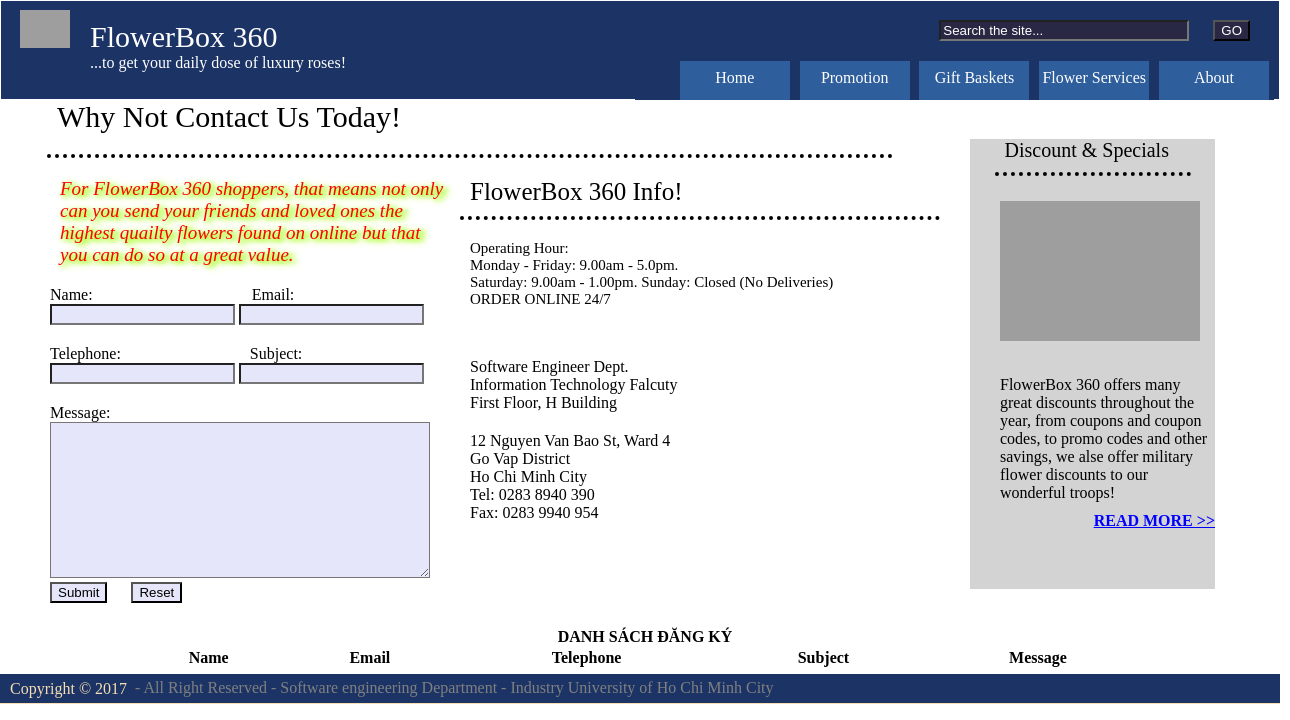
Repository: G1tHub-zer0/BTTH
Page: KT/index.html
These files come from the project's save history. The page is drawn as it stood at one moment and after the next save; the edit follows.
The browser window is 1280 px wide. The page is 1290 px wide, so the pictures cover 1290 px, including what lies to the right of the window. The pictures show the whole page.
Pictures or frames that could not be fetched are drawn as grey boxes.

Above is the page before, as saved 2024-04-12 14:29:17.

After the next save:
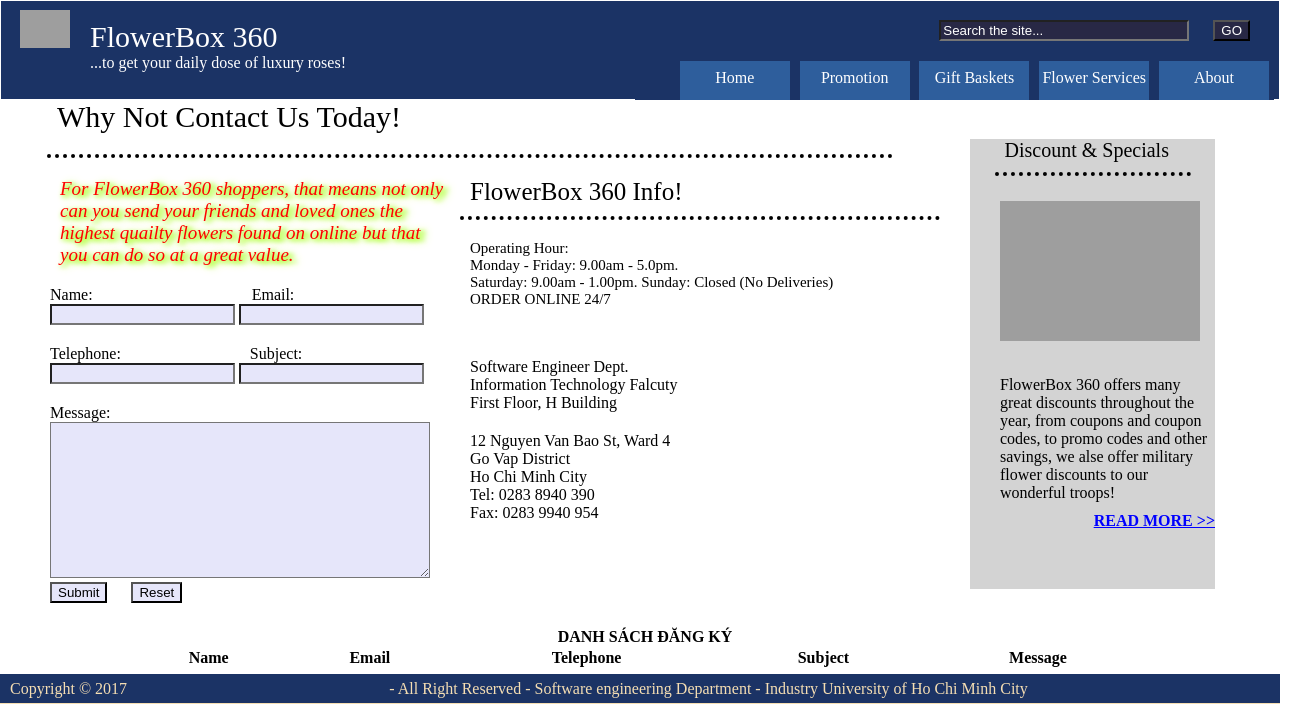
Saved 56 s later.
--- a/KT/app.css
+++ b/KT/app.css
@@ -220,24 +220,29 @@
 }
 
 .child-mn {
-  display: none;
-  position: absolute;
-  color: wheat;
-  left: 1310px;
-  margin-top: 21px;
-  margin-left: 10px;
-  z-index: 1;
-}
-.child-mn li {
-  width: 180px;
-  border-top: 2px blue solid;
-  height: 50px;
-}
-.fs:hover .child-mn {
-  display: block;
-}
-.child-mn li:hover {
-  background-color: rgb(27, 51, 101);
+    display: none;
+    position: absolute;
+    background-color: rgb(27, 51, 101);
+    color: wheat;
+    left: 0;
+    top: 100%;
+    margin-top: 0;
+    padding: 0;
+  }
+
+  .child-mn li {
+    width: 180px;
+    border-top: 2px blue solid;
+    height: 50px;
+  }
+
+  .fs:hover .child-mn {
+    display: block;
+  }
+
+  .child-mn li:hover {
+    background-color: rgb(27, 51, 101);
+  }-color: rgb(27, 51, 101);
 }
 .ar {
   margin-top: 5px;

After the save that followed:
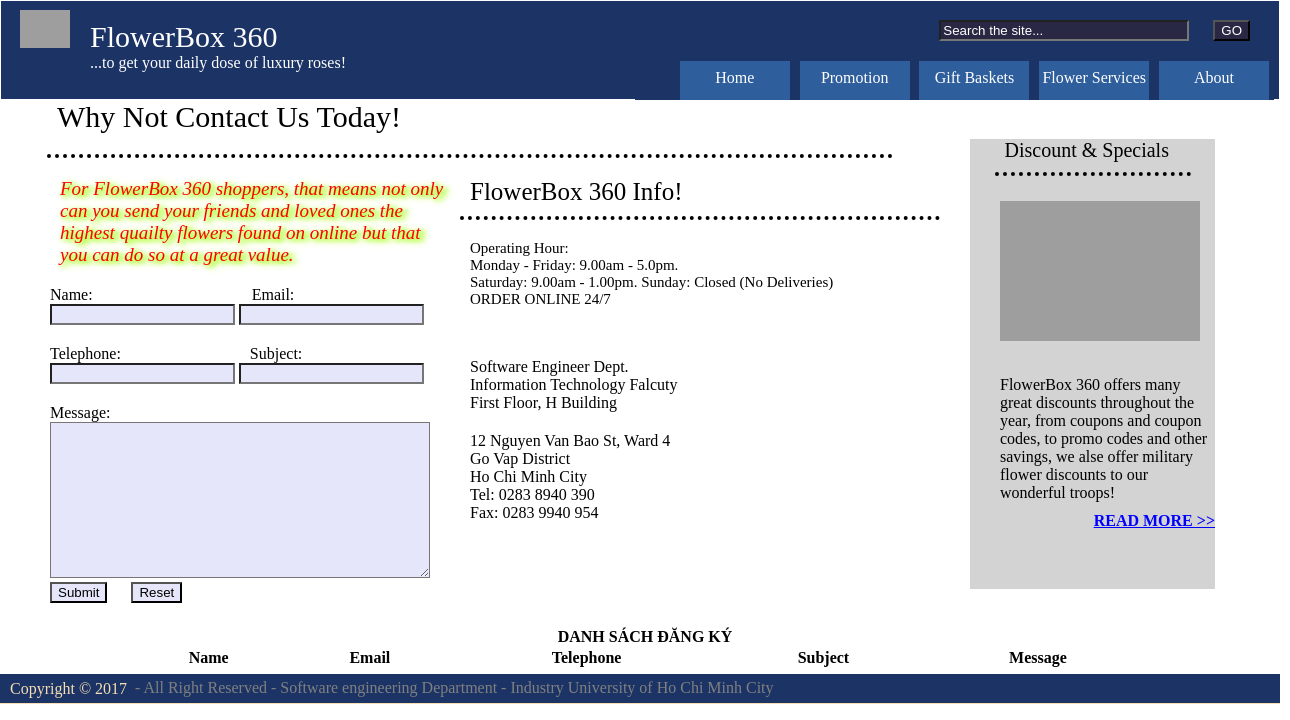
Saved 13 s later.
--- a/KT/app.css
+++ b/KT/app.css
@@ -219,31 +219,35 @@
   margin-left: 10px;
 }
 
+nav ul li.has-dropdown:hover .child-mn {
+  display: block;
+}
+
 .child-mn {
-    display: none;
-    position: absolute;
-    background-color: rgb(27, 51, 101);
-    color: wheat;
-    left: 0;
-    top: 100%;
-    margin-top: 0;
-    padding: 0;
-  }
-
-  .child-mn li {
-    width: 180px;
-    border-top: 2px blue solid;
-    height: 50px;
-  }
-
-  .fs:hover .child-mn {
-    display: block;
-  }
-
-  .child-mn li:hover {
-    background-color: rgb(27, 51, 101);
-  }-color: rgb(27, 51, 101);
-}
+  display: none;
+  position: absolute;
+  background-color: rgb(27, 51, 101);
+  color: wheat;
+  left: 0;
+  top: 100%;
+  margin-top: 0;
+  padding: 0;
+}
+
+.child-mn li {
+  width: 180px;
+  border-top: 2px blue solid;
+  height: 50px;
+}
+
+.fs:hover .child-mn {
+  display: block;
+}
+
+.child-mn li:hover {
+  background-color: rgb(27, 51, 101);
+}
+
 .ar {
   margin-top: 5px;
   color: grey;
